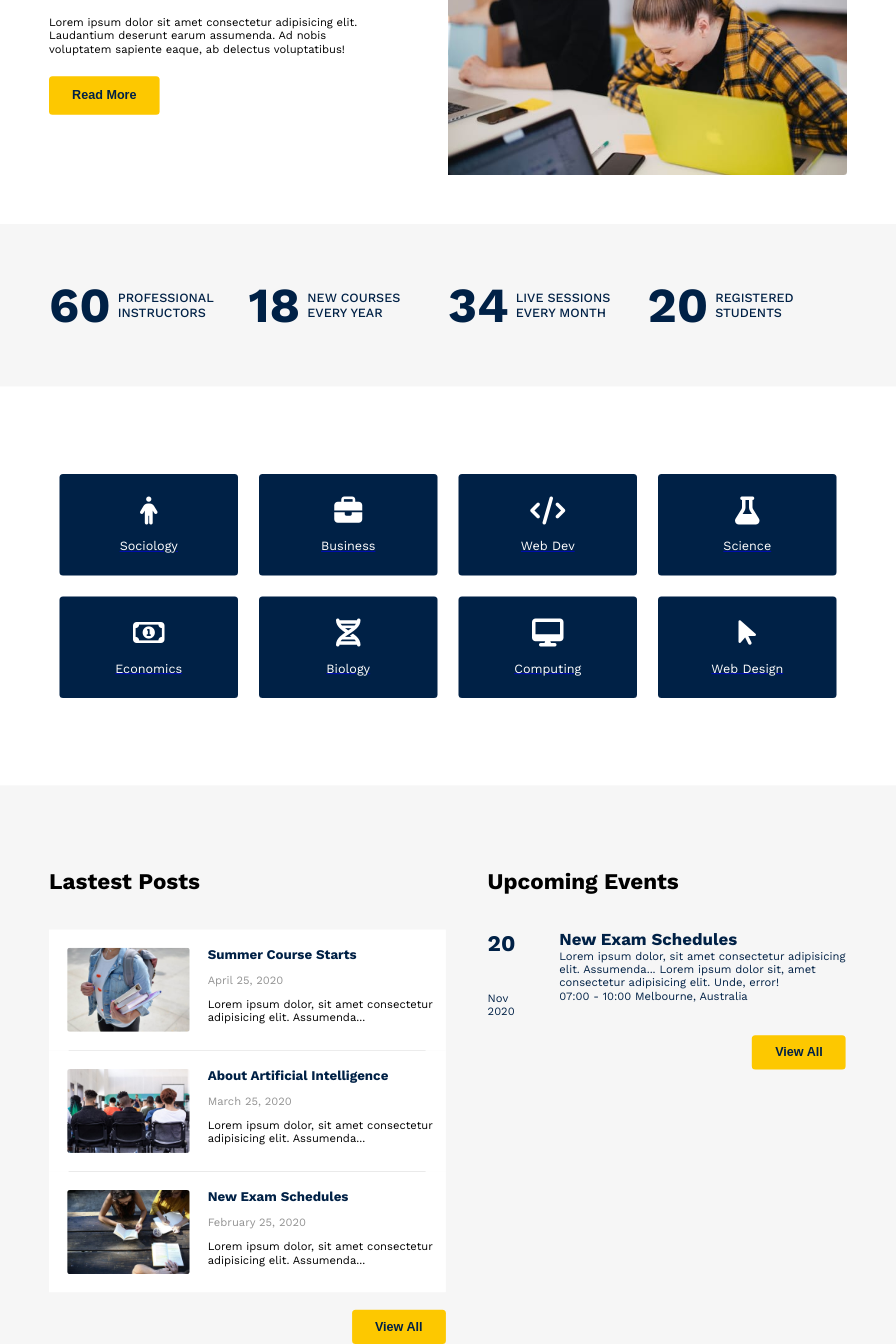
Repository: giahuy405/BC38__Mastery__Pham_Gia_Huy
Page: index.html
An editor plug-in stored every save of this project. The page is shown before and after the next save, followed by the edit.
The browser window is 1280 px wide. The pictures show the part of the page from y = 910 to 2830 px (the page is 2830 px tall before and 2780 px after), at 70% of full size.

Above is the page before, as saved 2022-09-10 14:55:43.

### index.html
<!DOCTYPE html>
<html lang="en">
<head>
    <meta charset="UTF-8">
    <meta http-equiv="X-UA-Compatible" content="IE=edge">
    <meta name="viewport" content="width=device-width, initial-scale=1.0">
    <title>Document</title>
    <link href="https://fonts.googleapis.com/css2?family=Montserrat:wght@300;400;500;700;900&family=Work+Sans:wght@300;400;500;700&display=swap" rel="stylesheet">
    <link rel="stylesheet" href="https://cdnjs.cloudflare.com/ajax/libs/font-awesome/6.2.0/css/all.min.css">
    <link rel="stylesheet" href="./css/index.css">
</head>
<body>
    <header>
        <div class="container">
            <i class="fa-solid fa-pen-to-square"></i>
            <div class="header__title">
                <h1>Mastery</h1>
            </div>
        </div>
    </header>
    <nav>
        <div class="container">
            <ul>
                <li><a  href="#">Home</a></li>
                <li><a  href="#">About</a></li>
                <li><a  href="#">Services</a></li>
                <li><a  href="#">Contact</a></li>
            </ul>
        </div>
    </nav>
    <div class="carousel">
        <img src="./img/carousel__website.png" alt="">
    </div>
    <div class="welcome container">
        <div class="welcome__content">
            <h1>Welcome To Our Campus</h1>
            <p>Lorem ipsum dolor sit amet consectetur adipisicing elit. Quasi est saepe possimus quisquam dolor ducimus blanditiis, eius fugit ab beatae reprehenderit, inventore earum rerum. Quis nostrum voluptatibus vel quisquam soluta.</p>

            <p>Lorem ipsum dolor sit amet consectetur adipisicing elit. Laudantium deserunt earum assumenda. Ad nobis voluptatem sapiente eaque, ab delectus voluptatibus!</p>
            <button>Read More</button>
        </div>
        <div class="welcome__img">
            <img src="./img/g1.jpg" alt="">
        </div>
        <div class="clear"></div>
    </div>
    <div class="information">
       <div class="container">
            <div class="information__content">
                <div class="information__title">
                    <h1>60</h1>
                </div>
                <div class="information__desc">
                    <p>PROFESSIONAL</p>
                    <p>INSTRUCTORS</p>
                </div>
                <div class="clear"></div>
            </div>
            <div class="information__content">
                <div class="information__title">
                    <h1>18</h1>
                </div>
                <div class="information__desc">
                    <p>NEW COURSES</p>
                    <p>EVERY YEAR</p>
                </div>
                <div class="clear"></div>
            </div>
            <div class="information__content">
                <div class="information__title">
                    <h1>34</h1>
                </div>
                <div class="information__desc">
                    <p>LIVE SESSIONS</p>
                    <p>EVERY MONTH</p>
                </div>
                <div class="clear"></div>
            </div>
            <div class="information__content">
                <div class="information__title">
                    <h1>20</h1>
                </div>
                <div class="information__desc">
                    <p>REGISTERED</p>
                    <p>STUDENTS</p>
                </div>
                <div class="clear"></div>
            </div>
            <div class="clear"></div>
       </div>
    </div>
    <div class="cards">
        <div class="container">
            <div class="cards-top">
                <div class="card">
                    <a href="#">
                        <div class="card__item">
                            <i class="fa-solid fa-person"></i>
                            <p>Sociology</p>
                        </div>
                    </a>
                </div>
                <div class="card">
                    <a href="#">
                        <div class="card__item">
                            <i class="fa-solid fa-briefcase"></i>
                            <p>Business</p>
                        </div>
                    </a>
                </div>
                <div class="card">
                   <a href="#">
                        <div class="card__item">
                            <i class="fa-solid fa-code"></i>
                            <p>Web Dev</p>
                        </div>
                   </a>
                </div>
                <div class="card">
                   <a href="#">
                        <div class="card__item">
                            <i class="fa-solid fa-flask"></i>
                            <p>Science</p>
                        </div>
                   </a>
                </div>
                <div class="clear"></div>
            </div>
            <div class="card-bottom">
                <div class="card">
                    <a href="#">
                        <div class="card__item">
                            <i class="fa-regular fa-money-bill-1"></i>
                            <p>Economics</p>
                        </div>
                    </a>
                </div>
                <div class="card">
                   <a href="#">
                        <div class="card__item">
                            <i class="fa-solid fa-dna"></i>
                            <p>Biology</p>
                        </div>
                   </a>
                </div>
                <div class="card">
                    <a  href="#">
                        <div class="card__item">
                            <i class="fa-solid fa-desktop"></i>
                            <p>Computing</p>
                        </div>
                    </a>
                </div>
                <div class="card">
                    <a href="#">
                        <div class="card__item">
                            <i class="fa-solid fa-arrow-pointer"></i>
                            <p>Web Design</p>
                        </div>
                    </a>
                </div>
                <div class="clear"></div>
            </div>
        </div>
    </div>
    <div class="news">
        <div class="container">
            <div class="news__lastest-post">
                <h1>Lastest Posts</h1>
                <div class="lastest-post__items">
                    <div class="lastest-post__item">
                        <a href="#">
                            <img src="./img/g9.jpg" alt="">
                            <div class="lastest-post__desc">
                                <h2 >Summer Course Starts</h2>
                                <p class="lastest-post__time">April 25, 2020</p>
                                <p>Lorem ipsum dolor, sit amet consectetur adipisicing elit. Assumenda...</p>
                            </div>
                            <div class="clear"></div>
                        </a>
                        <hr noshade >
                    </div>
                    <div class="lastest-post__item">
                        <a href="#">
                            <img src="./img/g10.jpg" alt="">
                            <div class="lastest-post__desc">
                                <h2>About Artificial Intelligence</h2>
                                <p class="lastest-post__time">March 25, 2020</p>
                                <p>Lorem ipsum dolor, sit amet consectetur adipisicing elit. Assumenda...</p>
                            </div>
                            <div class="clear"></div>
                        </a>
                        <hr noshade >
                    </div>

                    <div class="lastest-post__item">
                        <a href="#">
                            <img src="./img/g8.jpg" alt="">
                            <div class="lastest-post__desc">
                                <h2>New  Exam Schedules</h2>
                                <p class="lastest-post__time">February 25, 2020</p>
                                <p>Lorem ipsum dolor, sit amet consectetur adipisicing elit. Assumenda...</p>
                            </div>
                            <div class="clear"></div>
                        </a>

                    </div>

                </div>
                <button class="news__button">View All</button>
                <div class="clear"></div>
            </div>


            <div class="news__upcoming-events">
                <h1>Upcoming Events</h1>
                <div class="upcoming-events__items">
                    <a href="#">
                        <div class="upcoming-events__time">
                            <div class="upcoming-events__time--top">
                                <h1>20</h1>
                                <p>Nov</p>
                            </div>
                            <div class="upcoming-events__time--bottom">
                                <p>2020</p>
                            </div>
                        </div>
                        <div class="upcoming-events__desc">
                            <div class="upcoming-events__desc--top">
                                <h2>New  Exam Schedules</h2>
                                <p>Lorem ipsum dolor, sit amet consectetur adipisicing elit. Assumenda... Lorem ipsum dolor sit, amet consectetur adipisicing elit. Unde, error!</p>
                            </div>
                            <div class="upcoming-events__desc--bottom">
                                <span>07:00 - 10:00</span>
                                <span>Melbourne, Australia</span>
                            </div>

                        </div>
                        <div class="clear"></div>
                    </a>

                </div>

                <button class="news__button">View All</button>
                <div class="clear"></div>
            </div>
            <div class="clear"></div>
        </div>
    </div>

</body>
</html>

### css/index.css
*{
    padding: 0;
    margin: 0;
    box-sizing: border-box;
}
.clear{
    clear: both;
}
html{
    font-size: 16px;
    font-family: 'Work Sans', sans-serif;
}
.container{
    width: 1140px;
    margin: 0 auto;
}
header{
    position: relative;
    margin-top: 15px;
}
.header__title{
    display: inline-block;
     position: absolute;
     top: -4px;
    left: 160px;
}
.header__title h1{
    font-size: 35px;
    color: #1b1d2d;
}
header i{
    background-color: #002146;
    height: 36px;
    width: 36px;
    border-radius: 50%;
    color: #fdc800;
    text-align: center;
    padding-top: 9px;
}
nav ul{
    list-style: none;
    margin-top: 15px;
    margin-left: 18px;
}
nav li{
    display: inline;
    margin-right: 30px;
}
nav a{
    color: #002146;
    font-weight: 800;
    text-decoration: none;
    transition: all 0.2s;
}
nav a:hover{
    font-weight: 900;
    color: #fdc800;
    text-shadow: 1px 1px 2px black;
    background-color: #002146;
    padding: 10px 10px;
    transition: all 0.2s ease-out;
    border-radius: 9px;
}
nav a:active{
    padding: 12px 16px;
}



/* CAROUSEL / SLIDER */
.carousel{
    width: 100%;
    margin-top: 20px;
}
.carousel img{
max-width: 100%;
height: 597px;
}


/* create WELCOME */
.welcome{
    margin-top: 62px;
    margin-bottom: 66px;
}
.welcome__content h1{
    margin-bottom: 20px;
    color: #1b1d2d;
}
.welcome__content{
    padding-right: 80px;
}
.welcome__content p{
    margin-bottom: 30px;
}
.welcome__content button{
    padding: 17px 33px;
    font-size: 18px;
    font-weight:700;
    color: #002146;
    background-color: #fdc800;
    border: none;
    border-radius: 5px;
    cursor: pointer;
    transition: all 0.2s;
}
.welcome__content button:hover,.news__button:hover{
    background-color: #002146;
    color: #fdc800;
    box-shadow: 5px 5px 5px black;
}
.welcome__content,.welcome__img{
    width: 50%;
    float: left;
}
.welcome__img img{
    width: 100%;
    border-top-right-radius: 5px;
    border-bottom-right-radius: 5px;
}


/* create INFORMATION  */
.information{
    background-color: #f6f6f6;
    padding: 75px 0;
    margin-bottom: 110px;
}
.information__content{
    float: left;
    width: 25%;
}
.information__content h1{
    display: inline-block;
    font-size: 70px;
    color: #002146;

}
.information__title,.information__desc{
    float: left;
}
.information__desc p:first-child{
    margin-top:20px;
}
.information__desc p{
    margin-left: 10px;
    font-size: 18px;
    color: #002146;
    font-weight: 500;
}


/* create CARDS */
.cards{
    margin-bottom: 110px;
}
.card{
    float: left;
    width: 25%;
    text-align: center;
    padding: 15px;
}
.card__item{
    background-color: #002146;
    padding: 32px 50px;
    border-radius: 5px;
}
.card__item i{
    color: white;
    font-size: 40px;
}
.card__item p{
    color: white;
    font-size: 18px;
    margin-top: 20px;
}
.card a{
    cursor: pointer;
    transition: all 0.2s;
}
.card a:hover{
    opacity: 0.7;
}
.card:hover{
    box-shadow: 1px 1px 10px  black;
    border-radius: 5px;
}


/* NEWS */
.news{
    padding-top: 118px;
    background-color: #f6f6f6;
}
.news h1:first-child{
    margin-bottom: 50px;
}
.news__lastest-post{
    float: left;
    width:49.7%;
    margin-right: 60px;
}
.news__upcoming-events{
    float: left;
    width:44.9%;
}
.news__upcoming-events{
    margin: 0;
}
.lastest-post__item{
    background-color: white;

}
.lastest-post__item img{
    width: 158px;
    border: 26px solid transparent;
    border-radius: 30px;
}
.lastest-post__item a img{
    float: left;
    width: 40%;
}
.lastest-post__desc{
    float: left;
    width: 60%;
    padding-top: 24px;
}
.lastest-post__item hr{
    width:90%;
    margin: 0 auto;
    background-color: rgb(218, 218, 218);
    height: 1px;
    border: none;
}
.lastest-post__item a{
    font-size: 20px;
    color: #002146;
}
.lastest-post__item a .lastest-post__desc  h2{
    font-size: 19px;

}
.lastest-post__item a .lastest-post__desc p{
    font-size: 16px;
    color: #000000;
}
.lastest-post__desc p:nth-child(2){
    line-height: 30px;

}
.lastest-post__item a .lastest-post__time{

    color:#939393!important;
    margin: 10px 0;
}
.lastest-post__item:hover{
    box-shadow: 0px 0px 10px black;
    margin-bottom: 5px;
    margin-top: 5px;
    transition: all 0.35s;
}
.news__button{
    float: right;
    padding: 14px 33px;
    font-size: 18px;
    font-weight:700;
    color: #002146;
    background-color: #fdc800;
    border: none;
    border-radius: 5px;
    cursor: pointer;
    transition: all 0.2s;
    margin-top: 25px;
}
.upcoming-events__items a{
    color: #002146;
}
.upcoming-events__time{
    float: left;
    width: 20%;
}
.upcoming-events__desc{
    float: left;
    width: 80%;
}

After the next save:
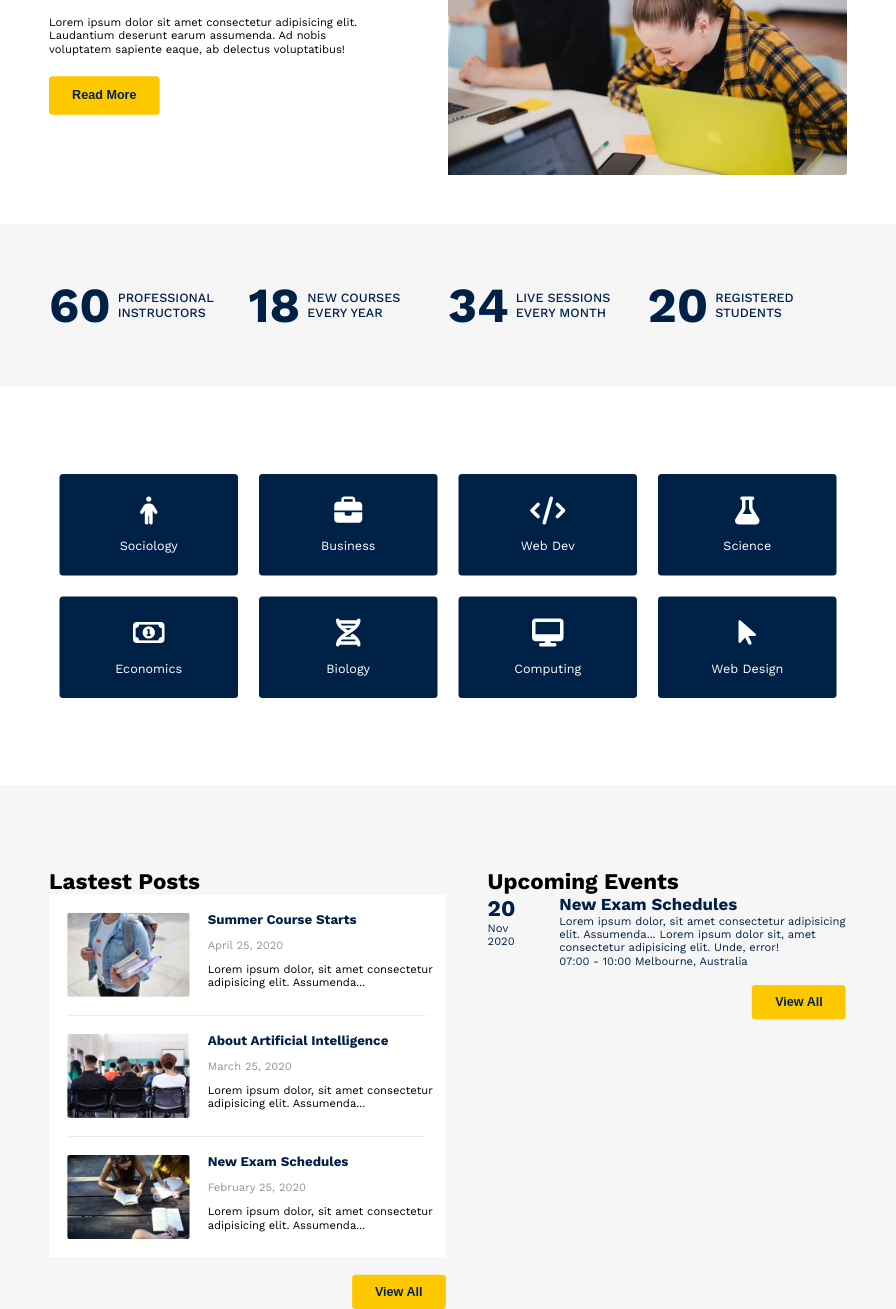
Saved 56 s later.
--- a/css/index.css
+++ b/css/index.css
@@ -192,7 +192,7 @@
     padding-top: 118px;
     background-color: #f6f6f6;
 }
-.news h1:first-child{
+.news > h1 {
     margin-bottom: 50px;
 }
 .news__lastest-post{

After the 2 saves that followed:
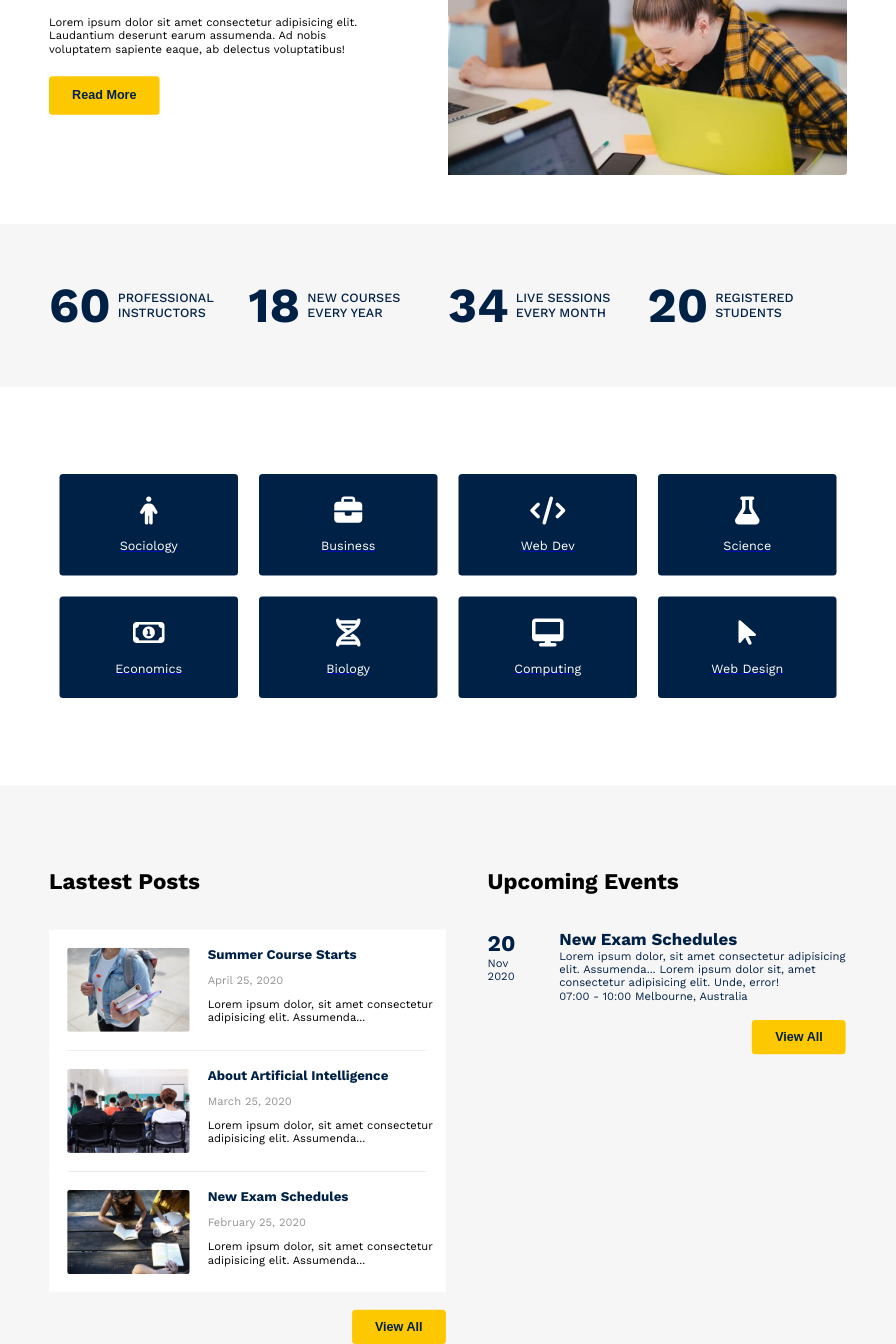
The 2 saves are shown as one change because 1 left the picture as it was.
The last was saved 40 s later.
--- a/css/index.css
+++ b/css/index.css
@@ -192,7 +192,7 @@
     padding-top: 118px;
     background-color: #f6f6f6;
 }
-.news > h1 {
+.news__lastest-post > h1,.news__upcoming-events > h1{
     margin-bottom: 50px;
 }
 .news__lastest-post{
